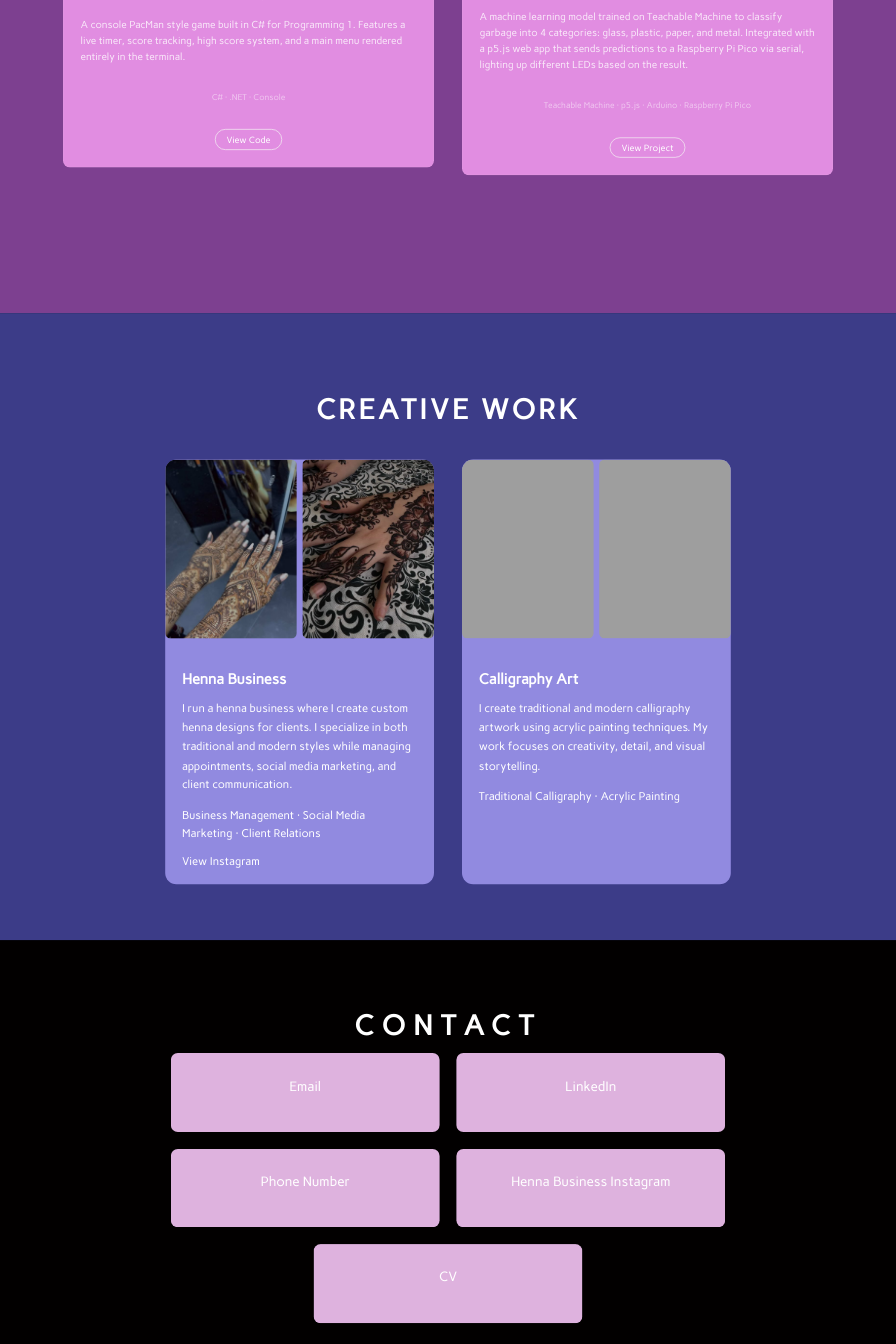
Repository: Rameen-A/Rameen-A
Page: index.html
An editor plug-in stored every save of this project. The page is shown before and after the next save, followed by the edit.
The browser window is 1280 px wide. The pictures show the part of the page from y = 1875 to 3795 px (the page is 3830 px tall), at 70% of full size.
Pictures or frames that could not be fetched are drawn as grey boxes.

Above is the page before, as saved 2026-05-09 23:05:53.

After the next save:
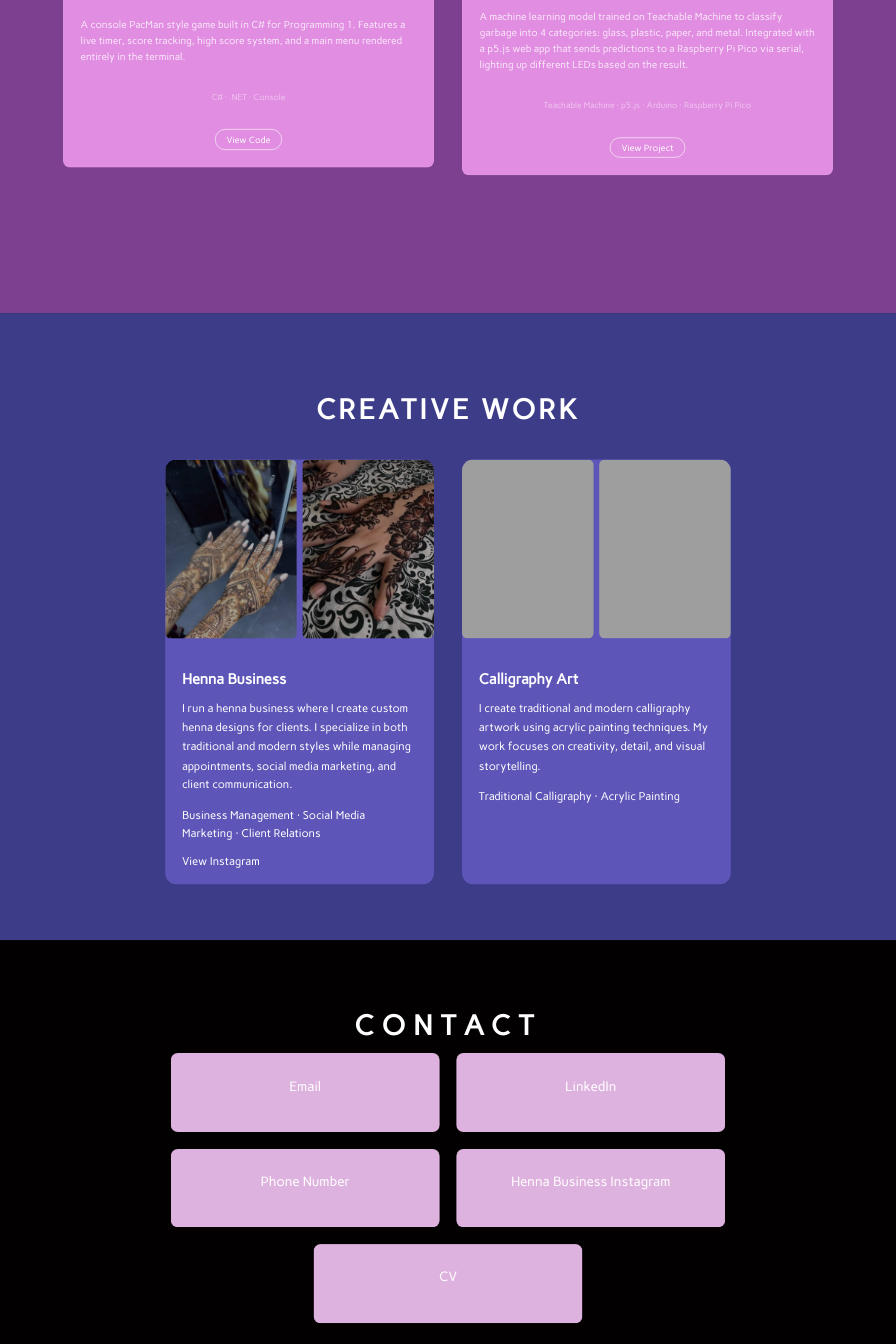
Saved 9 s later.
--- a/styles/index.css
+++ b/styles/index.css
@@ -202,7 +202,7 @@ article {
 }
 
 .creative-card {
-  background-color: #918ae0;
+  background-color: #5d55b7;
   border-radius: 1rem;
   overflow: hidden;
   width: 100%;
